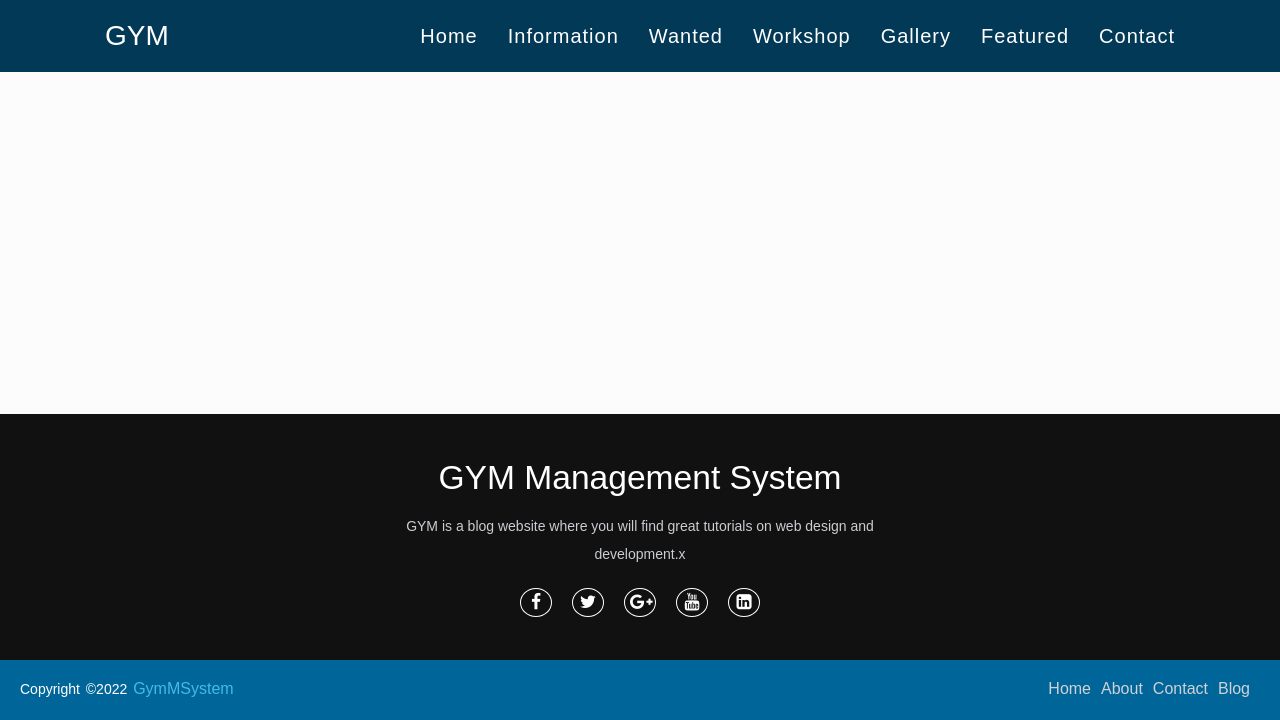
Repository: mcleanka/gym-management-system
Page: index.html
These files come from the project's save history. The page is drawn as it stood at one moment and after the next save; the edit follows.
The browser window is 1280 px wide. The pictures show the whole page.

Above is the page before, as saved 2022-07-01 17:12:02.

### index.html
<!DOCTYPE html>
<html lang="en">

<head>
	<meta charset="UTF-8">
	<meta http-equiv="X-UA-Compatible" content="IE=edge">
	<meta name="viewport" content="width=device-width, initial-scale=1.0">
	<title>Home | Gym Management System</title>
	<link rel="stylesheet" href="https://cdnjs.cloudflare.com/ajax/libs/font-awesome/4.7.0/css/font-awesome.min.css">
	<link rel="stylesheet" href="css/style.css">
	<script src="js/app.js"></script>
</head>

<body>
	<div class="container">
		<div class="wrapper">

			<header id="header">
				<div class="container">
					<div class="header_left">
						<a class="logo" href="#">GYM</a>
					</div>
					<div class="header_right">
						<a href="#!" class="nav_ico">Menu</a>
						<nav class="main_nav">
							<ul>
								<li><a href="#">Home</a></li>
								<li><a href="#">Information</a></li>
								<li><a href="#">Wanted</a></li>
								<li><a href="#">Workshop</a></li>
								<li><a href="#">Gallery</a></li>
								<li><a href="#">Featured</a></li>
								<li><a href="#">Contact</a></li>
							</ul>
						</nav>
					</div>
				</div>
			</header>

			<main>

			</main>


			<footer>
				<div class="footer-content">
					<h3>GYM Management System</h3>
					<p>GYM is a blog website where you will find great tutorials on web design and
						development.x</p>
					<ul class="socials">
						<li><a href="#"><i class="fa fa-facebook"></i></a></li>
						<li><a href="#"><i class="fa fa-twitter"></i></a></li>
						<li><a href="#"><i class="fa fa-google-plus"></i></a></li>
						<li><a href="#"><i class="fa fa-youtube"></i></a></li>
						<li><a href="#"><i class="fa fa-linkedin-square"></i></a></li>
					</ul>
				</div>
				<div class="footer-bottom">
					<p>copyright &copy;2022 <a href="#">GymMSystem</a> </p>
					<div class="footer-menu">
						<ul class="f-menu">
							<li><a href="">Home</a></li>
							<li><a href="">About</a></li>
							<li><a href="">Contact</a></li>
							<li><a href="">Blog</a></li>
						</ul>
					</div>
				</div>

			</footer>
		</div>
	</div>
</body>

</html>

### css/style.css
     * {
     	margin: 0;
     	padding: 0;
     	box-sizing: border-box;
     }

     *,
     *:after,
     *:before {
     	box-sizing: border-box;
     }

     a {
     	text-decoration: none;
     }

     body {
     	background: #fcfcfc;
     	font-family: sans-serif;
     }

     #header {
     	padding: 20px 10px;
     	display: flex;
     	align-items: center;
     	justify-content: space-between;
     	background: #023957;
     	position: fixed;
     	left: 0;
     	top: 0;
     	width: 100%;
     }

     .container {
     	max-width: 1100px;
     	width: 100%;
     	margin: 0 auto;
     	padding: 0 15px;
     	display: flex;
     	align-items: center;
     	justify-content: space-between;
     }


     .logo {
     	font-size: 28px;
     	color: white;
     }

     .nav_ico {
     	display: block;
     	padding: 4px 7px;
     	color: white;
     	border: 2px solid white;
     	cursor: pointer;
     }

     .nav_ico:hover {
     	background: white;
     	color: black;
     }

     .main_nav {
     	float: right;
     }

     .main_nav ul {
     	margin: 0;
     	padding: 0px;
     	list-style: none;
     }

     .main_nav ul li {
     	float: left;
     	margin: 0 0 0 30px;
     	position: relative;
     	font-size: 20px;
     	letter-spacing: 1px;
     	font-weight: 300;
     	overflow: hidden;
     }

     .main_nav ul li a {
     	color: white;
     	display: block;
     	line-height: 1.4;
     	text-decoration: none;
     }

     .main_nav ul li a:before {
     	content: "";
     	position: absolute;
     	left: 100%;
     	top: 0;
     	height: 2px;
     	width: 100%;
     	background: #d4e706;
     	transition: all 0.3s ease-in-out;
     }

     .main_nav ul li a:after {
     	content: "";
     	position: absolute;
     	right: 100%;
     	bottom: 0;
     	height: 2px;
     	width: 100%;
     	background: #d4e706;
     	transition: all 0.3s ease-in-out;
     }

     .main_nav ul li:hover a:before {
     	left: 0;
     }

     .main_nav ul li:hover a:after {
     	right: 0;
     }

     @media only screen and (min-width:768px) and (max-width:991px) {
     	.main_nav ul li {
     		margin: 0 0 0 15px;
     		font-size: 16px;
     	}

     }

     @media screen and (min-width: 768px) {
     	.nav_ico {
     		display: none;
     	}
     }

     @media screen and (max-width: 767px) {
     	.nav_ico {
     		display: block;
     		position: relative;
     		z-index: 10;

     	}

     	.main_nav {
     		position: fixed;
     		left: 0;
     		top: 70px;
     		padding: 0;
     		background: #032c43;
     		z-index: 5;
     		height: calc(100vh - 74px);
     		width: calc(100% - 80px);
     		transition: all 0.3s ease-out;
     		transform: translateX(-100%);
     	}

     	.main_nav ul li {
     		float: none;
     		margin: 0 !important;
     		padding: 0 !important;
     		border-bottom: 1px solid;
     		text-align: center;
     	}

     	.main_nav ul li a {
     		display: block;
     		color: #fff;
     		padding: 15px;
     	}

     	.main_nav:after {
     		content: "";
     		position: absolute;
     		left: 100%;
     		top: 0;
     		height: 100%;
     		width: 0;
     		background: rgba(0, 0, 0, 0.7);
     	}

     	.main_nav.active {
     		transform: translateX(0%);
     	}

     	.main_nav.active:after {
     		width: 1000%;
     	}

     }



     footer {
     	position: absolute;
     	bottom: 0;
     	left: 0;
     	right: 0;
     	background: #111;
     	height: auto;
     	width: 100vw;

     	padding-top: 40px;
     	color: #fff;
     }

     .footer-content {
     	display: flex;
     	align-items: center;
     	justify-content: center;
     	flex-direction: column;
     	text-align: center;
     }

     .footer-content h3 {
     	font-size: 2.1rem;
     	font-weight: 500;
     	text-transform: capitalize;
     	line-height: 3rem;
     }

     .footer-content p {
     	max-width: 500px;
     	margin: 10px auto;
     	line-height: 28px;
     	font-size: 14px;
     	color: #cacdd2;
     }

     .socials {
     	list-style: none;
     	display: flex;
     	align-items: center;
     	justify-content: center;
     	margin: 1rem 0 3rem 0;
     }

     .socials li {
     	margin: 0 10px;
     }

     .socials a {
     	text-decoration: none;
     	color: #fff;
     	border: 1.1px solid white;
     	padding: 5px;

     	border-radius: 50%;

     }

     .socials a i {
     	font-size: 1.1rem;
     	width: 20px;


     	transition: color .4s ease;

     }

     .socials a:hover i {
     	color: aqua;
     }

     .footer-bottom {
     	background: #006699;
     	width: 100vw;
     	padding: 20px;
     	padding-bottom: 40px;
     	text-align: center;
     }

     .footer-bottom p {
     	float: left;
     	font-size: 14px;
     	word-spacing: 2px;
     	text-transform: capitalize;
     }

     .footer-bottom p a {
     	color: #44bae8;
     	font-size: 16px;
     	text-decoration: none;
     }

     .footer-bottom span {
     	text-transform: uppercase;
     	opacity: .4;
     	font-weight: 200;
     }

     .footer-menu {
     	float: right;

     }

     .footer-menu ul {
     	display: flex;
     }

     .footer-menu ul li {
     	padding-right: 10px;
     	display: block;
     }

     .footer-menu ul li a {
     	color: #cfd2d6;
     	text-decoration: none;
     }

     .footer-menu ul li a:hover {
     	color: #27bcda;
     }

     @media (max-width:500px) {
     	.footer-menu ul {
     		display: flex;
     		margin-top: 10px;
     		margin-bottom: 20px;
     	}
     }

### js/app.js
/* Toggle between adding and removing the "responsive" class to topnav when the user clicks on the icon */
function myFunction() {
	var x = document.getElementById("myTopnav");
	if (x.className === "topnav") {
		x.className += " responsive";
	} else {
		x.className = "topnav";
	}
}

/* $(document).ready(function () {

	$(".nav_ico").click(function () {
		$(".main_nav").toggleClass("active");
	});

	$(".main_nav").click(function () {
		$(this).removeClass("active");
	});

	$(".main_nav ul").click(function (event) {
		event.stopImmediatePropagation();
	});

}); */

After the next save:
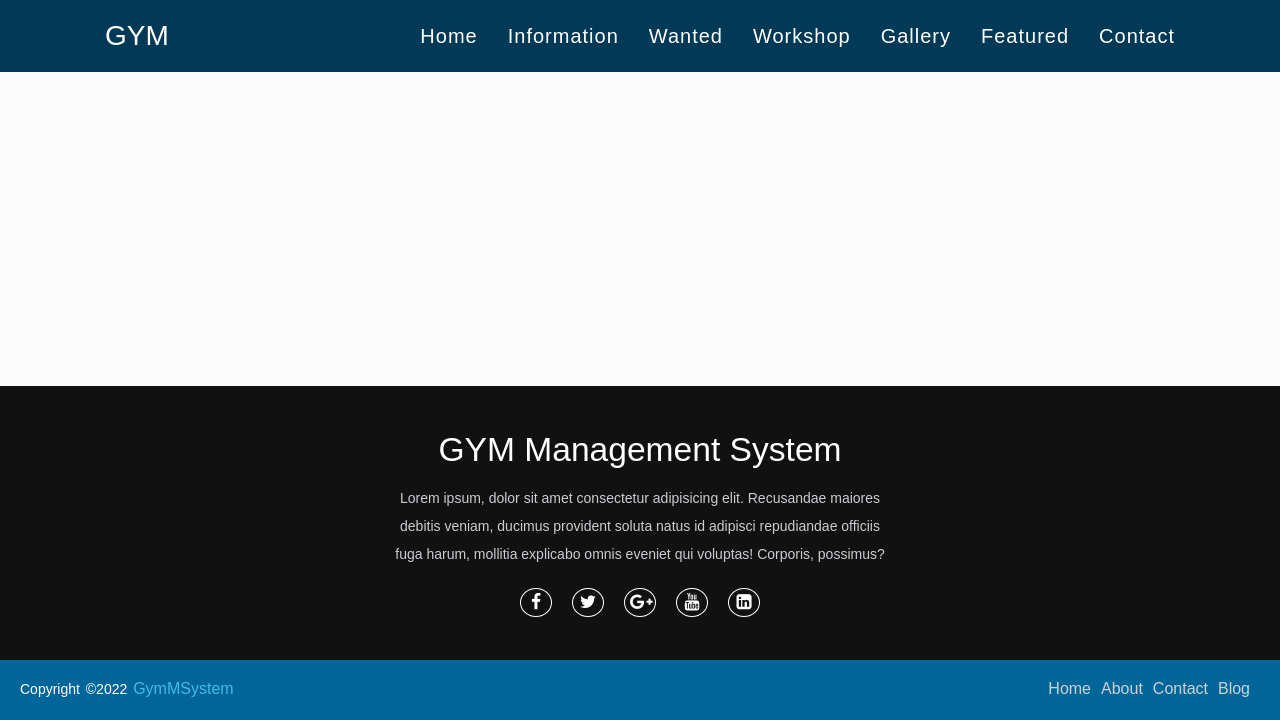
Saved 12 s later.
--- a/index.html
+++ b/index.html
@@ -45,8 +45,11 @@
 			<footer>
 				<div class="footer-content">
 					<h3>GYM Management System</h3>
-					<p>GYM is a blog website where you will find great tutorials on web design and
-						development.x</p>
+					<p>
+						Lorem ipsum, dolor sit amet consectetur adipisicing elit. Recusandae maiores debitis veniam,
+						ducimus provident soluta natus id adipisci repudiandae officiis fuga harum, mollitia explicabo
+						omnis eveniet qui voluptas! Corporis, possimus?
+					</p>
 					<ul class="socials">
 						<li><a href="#"><i class="fa fa-facebook"></i></a></li>
 						<li><a href="#"><i class="fa fa-twitter"></i></a></li>
